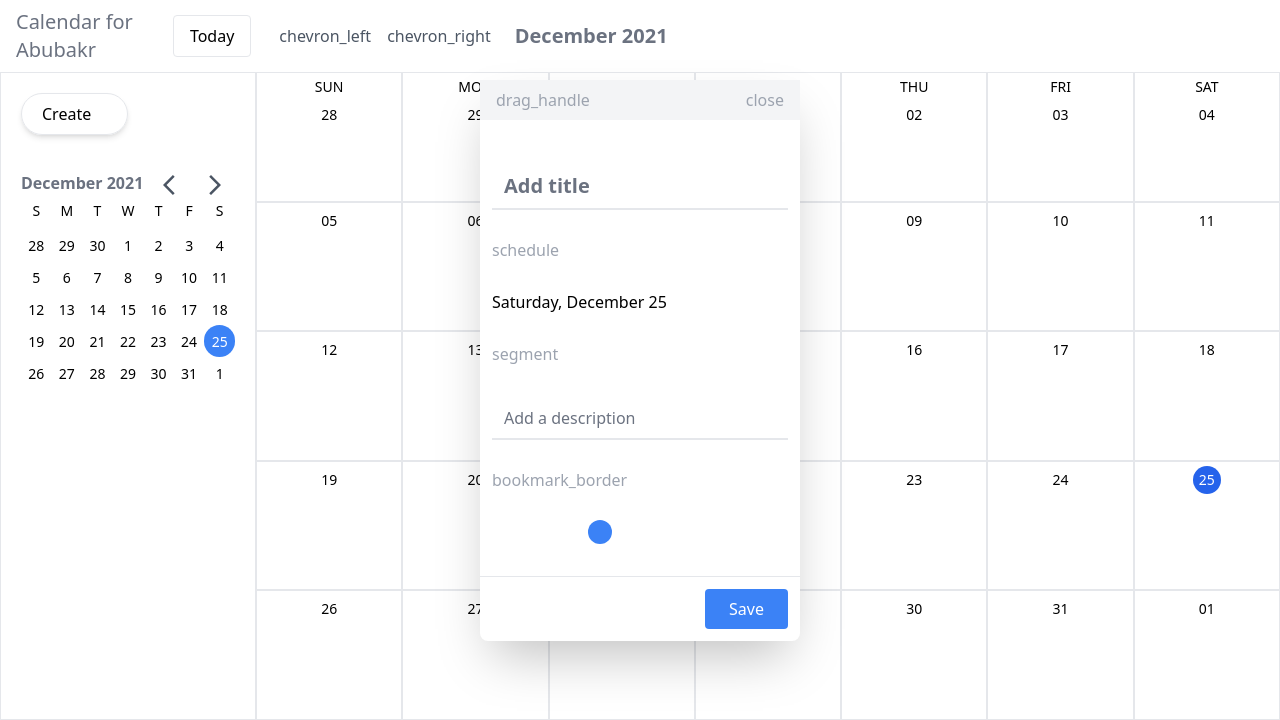
Repository: om1ars/react-calendar
Page: /
These files come from the project's save history. The page is drawn as it stood at one moment and after the next save; the edit follows.
The browser window is 1280 px wide. The pictures show the whole page.
The project was rebuilt for these pictures with package versions that can differ from the ones it lists, and the page was loaded fresh each time. Also part of the build but not shown: craco.config.js, src/App.css, src/components/EventModal.jsx.

Above is the page before, as saved 2021-12-25 16:34:15.

After the next save:
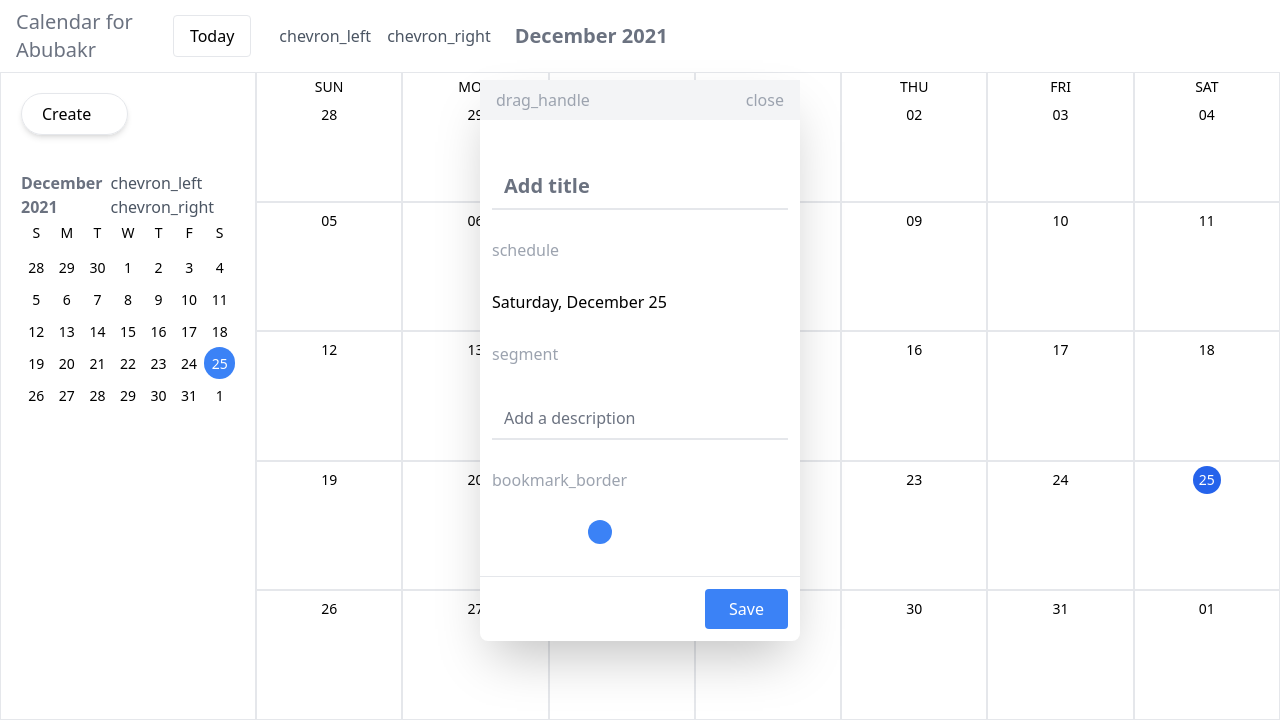
Saved 20 s later.
--- a/src/components/SmallCalendar.tsx
+++ b/src/components/SmallCalendar.tsx
@@ -2,8 +2,7 @@ import dayjs from "dayjs";
 import React, { useContext, useEffect, useState } from "react";
 import GlobalContext from "../context/GlobalContext";
 import { getMonth } from "../util";
-import ArrowBackIosIcon from "@mui/icons-material/ArrowBackIos";
-import ArrowForwardIosIcon from "@mui/icons-material/ArrowForwardIos";
+
 export default function SmallCalendar() {
   const [currentMonthIdx, setCurrentMonthIdx] = useState(
     dayjs().month()
@@ -18,7 +17,7 @@ export default function SmallCalendar() {
     setSmallCalendarMonth,
     setDaySelected,
     daySelected,
-  }:any = useContext(GlobalContext);
+  } = useContext(GlobalContext);
 
   useEffect(() => {
     setCurrentMonthIdx(monthIndex);
@@ -30,7 +29,7 @@ export default function SmallCalendar() {
   function handleNextMonth() {
     setCurrentMonthIdx(currentMonthIdx + 1);
   }
-  function getDayClass(day:any) {
+  function getDayClass(day) {
     const format = "DD-MM-YY";
     const nowDay = dayjs().format(format);
     const currDay = day.format(format);
@@ -54,25 +53,25 @@ export default function SmallCalendar() {
         <div>
           <button onClick={handlePrevMonth}>
             <span className="material-icons-outlined cursor-pointer text-gray-600 mx-2">
-<ArrowBackIosIcon />
+              chevron_left
             </span>
           </button>
           <button onClick={handleNextMonth}>
             <span className="material-icons-outlined cursor-pointer text-gray-600 mx-2">
-              <ArrowForwardIosIcon />
+              chevron_right
             </span>
           </button>
         </div>
       </header>
       <div className="grid grid-cols-7 grid-rows-6">
-        {currentMonth[0].map((day:any, i:any) => (
+        {currentMonth[0].map((day, i) => (
           <span key={i} className="text-sm py-1 text-center">
             {day.format("dd").charAt(0)}
           </span>
         ))}
-        {currentMonth.map((row:any, i:any) => (
+        {currentMonth.map((row, i) => (
           <React.Fragment key={i}>
-            {row.map((day:any, idx:any) => (
+            {row.map((day, idx) => (
               <button
                 key={idx}
                 onClick={() => {
